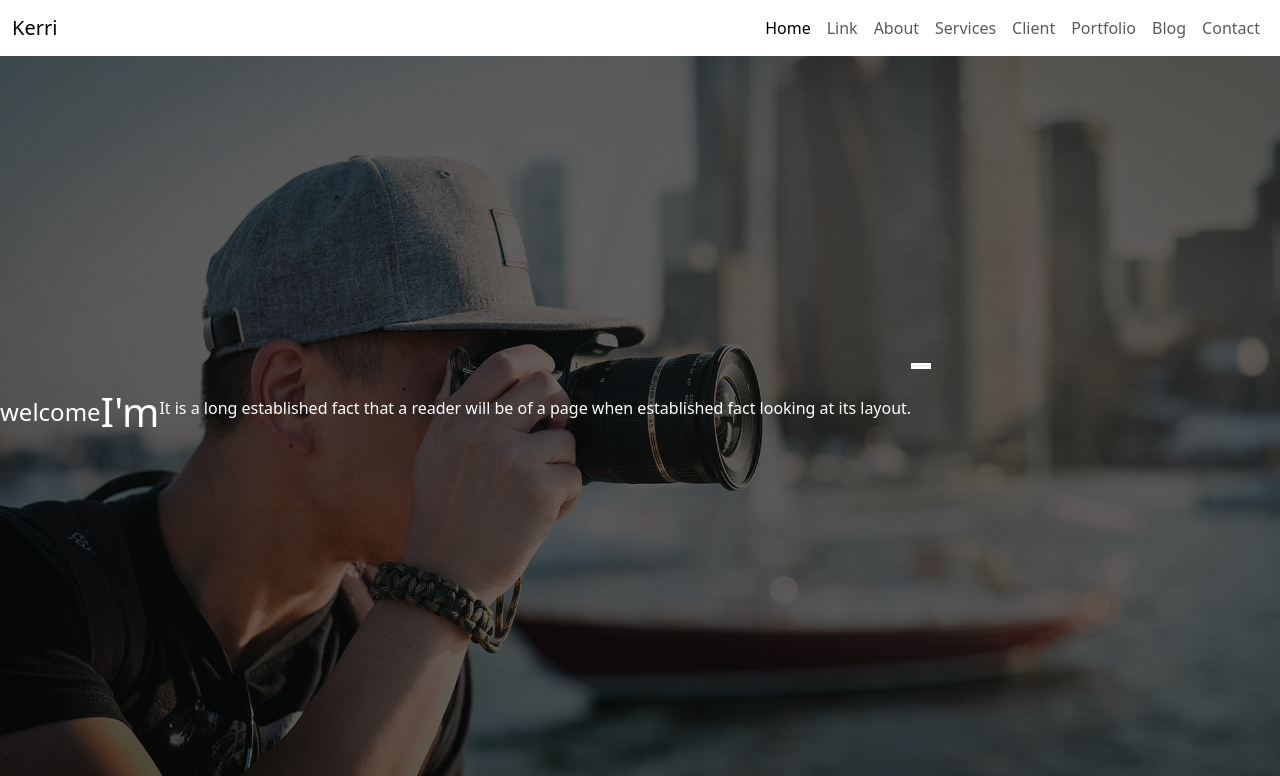
Repository: khaledradwan96/Kerri
Page: index.html
The author's editor kept a copy of each file at every save. The page is drawn from the files as they stood at one save, then again after a run of saves.
The browser window is 1280 px wide. The pictures show the whole page.

Above is the page before, as saved 2024-05-06 20:09:51.

### index.html
<!DOCTYPE html>
<html lang="en">

<head>
    <meta charset="UTF-8">
    <meta name="viewport" content="width=device-width, initial-scale=1.0">

    <link rel="stylesheet" href="css/all.min.css">
    <link rel="stylesheet" href="css/bootstrap.min.css">
    <link rel="stylesheet" href="css/style.css">

    <title>Kerri</title>
</head>

<body>

    <nav class="navbar navbar-expand-lg">
        <div class="container-fluid">
            <a class="navbar-brand" href="#">Kerri</a>
            <button class="navbar-toggler" type="button" data-bs-toggle="collapse"
                data-bs-target="#navbarSupportedContent" aria-controls="navbarSupportedContent" aria-expanded="false"
                aria-label="Toggle navigation">
                <span class="navbar-toggler-icon"></span>
            </button>
            <div class="collapse navbar-collapse" id="navbarSupportedContent">
                <ul class="navbar-nav ms-auto mb-2 mb-lg-0">
                    <li class="nav-item">
                        <a class="nav-link active" aria-current="page" href="#">Home</a>
                    </li>
                    <li class="nav-item">
                        <a class="nav-link" href="#">Link</a>
                    </li>
                    <li class="nav-item">
                        <a class="nav-link" href="#">About</a>
                    </li>
                    <li class="nav-item">
                        <a class="nav-link" href="#">Services</a>
                    </li>
                    <li class="nav-item">
                        <a class="nav-link" href="#">Client</a>
                    </li>
                    <li class="nav-item">
                        <a class="nav-link" href="#">Portfolio</a>
                    </li>
                    <li class="nav-item">
                        <a class="nav-link" href="#">Blog</a>
                    </li>
                    <li class="nav-item">
                        <a class="nav-link" href="#">Contact</a>
                    </li>
                    </li>
                </ul>
            </div>
    </nav>

    <header class="position-relative vh-100 text-white d-flex align-items-center">

<p>
            <h4>welcome</h4>
            <h1>
                I'm
                <span></span>
            </h1>

            <p>
                It is a long established fact that a reader will be of a page when established fact looking at its layout.
            </p>

            <button class="scroll-btn"></button>
</p>

    </header>




    <script src="js/bootstrap.bundle.min.js"></script>
</body>

</html>

### css/style.css
:root {
  --main-color: #e65f78;
}

header {
  background-image: linear-gradient(rgba(0, 0, 0, 0.6), rgba(0, 0, 0, 0.6)),
    url(../images/asset\ 15.jpeg);
  background-position: center;
  background-size: cover;
}

.scroll-btn {
  width: 20px;
  height: 35ps;
  border: solid 2px #fff;
  transform: translateY(-50px);
}

.scroll-btn::after {
  content: "";
  background-color: #fff;
  display: block;
  width: 2px;
  position: absolute;
  height: 20%;
}

Loaded but not shown: css/all.min.css (library); css/bootstrap.min.css (library); js/bootstrap.bundle.min.js (library)

After the next 2 saves:
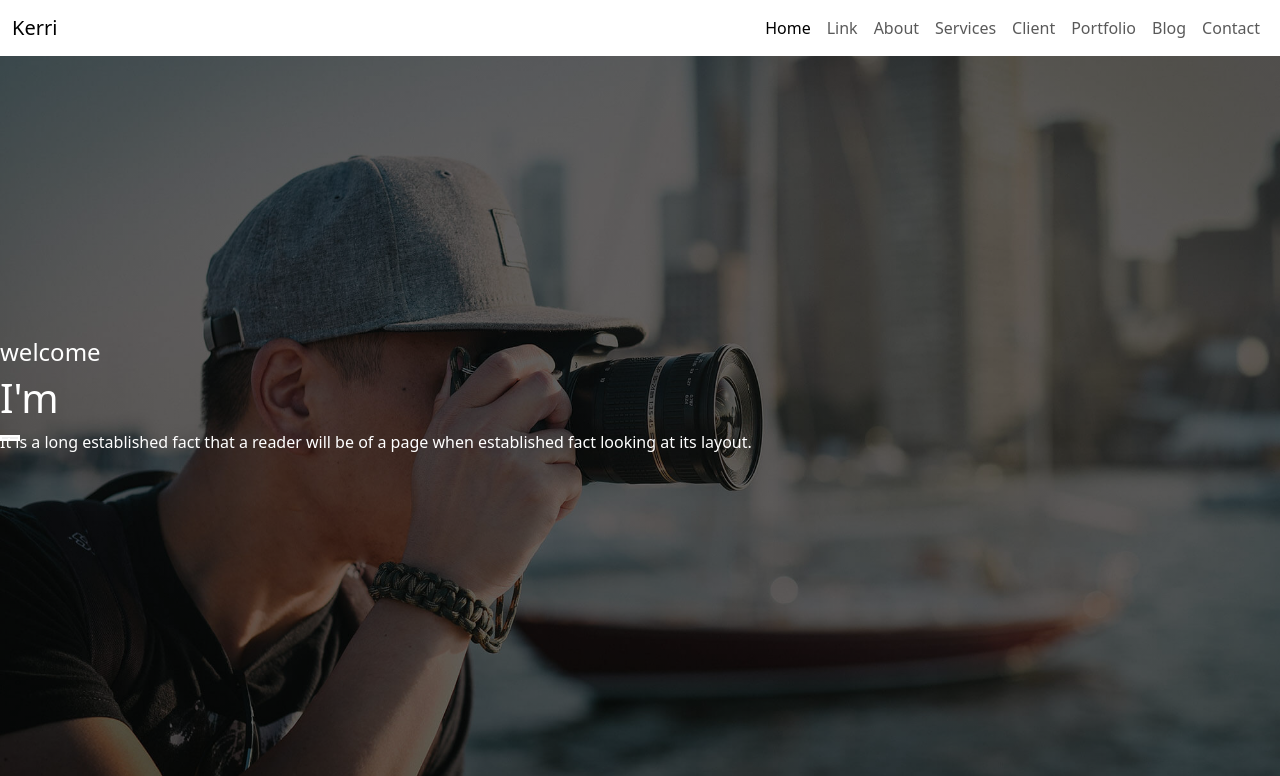
The 2 saves are shown as one change because they came seconds apart.
The last was saved 7 s later.
--- a/index.html
+++ b/index.html
@@ -55,7 +55,7 @@
 
     <header class="position-relative vh-100 text-white d-flex align-items-center">
 
-<p>
+<div class="cont">
             <h4>welcome</h4>
             <h1>
                 I'm
@@ -67,7 +67,7 @@
             </p>
 
             <button class="scroll-btn"></button>
-</p>
+</div>
 
     </header>
 
